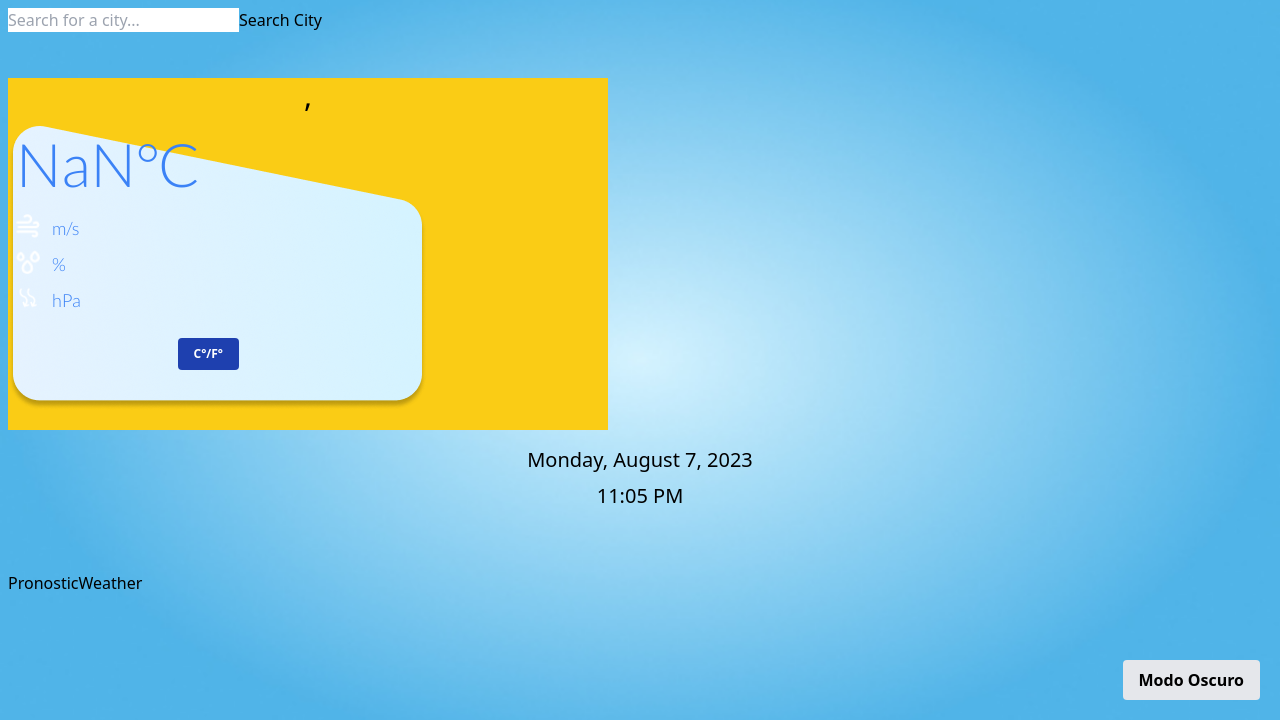
Repository: LukasMoyano/WeatherApp-_-LukasMoyano-_-V-_4.0_6.6.6
Page: /
These files come from the project's save history. The page is drawn as it stood at one moment and after the next save; the edit follows.
The browser window is 1280 px wide. The pictures show the whole page.
The page's requests for data from a server got no answer. The project was rebuilt for these pictures with package versions that can differ from the ones it lists, and the page was loaded fresh each time. No one was signed in, and anything a server would have sent is missing. Also part of the build but not shown: vite.config.js.

Above is the page before, as saved 2023-08-08 01:31:36.

### index.html
<!DOCTYPE html>
<html lang="en">
  <head>
    <meta charset="UTF-8" />
    <link rel="icon" type="image/png" href="thor-hammer.png">
    <meta name="viewport" content="width=device-width, initial-scale=1.0" />
    <title>WeatherApp - LukasMoyano-</title>
  </head>
  <body>
    <div id="root"></div>
    <script type="module" src="/src/main.jsx"></script>
  </body>
</html>

### src/main.jsx
import React from 'react'
import ReactDOM from 'react-dom/client'
import App from "/src/App.jsx";

ReactDOM.createRoot(document.getElementById('root')).render(
  <React.StrictMode>
    <App />
  </React.StrictMode>,
)

### src/App.jsx
import React, { useEffect, useState } from "react";
import axios from "axios";
import Weather from "./components/Weather";
import "./App.css";
import SearchBar from "./components/SearchBar";
import PronosticWeather from "./components/PronosticWeather";
import Date_Hour from "./components/Date_Hour";

function App() {
  const [weatherInfo, setWeatherInfo] = useState(null);
  const [isDarkMode, setIsDarkMode] = useState(false);

  const toggleDarkMode = () => {
    setIsDarkMode(!isDarkMode);
  };

  useEffect(() => {
    navigator.geolocation.getCurrentPosition(success);
  }, []);

  const success = (pos) => {
    const lat = pos.coords.latitude;
    const lon = pos.coords.longitude;
    const API_KEY = "f61630c5193995d939b6b8024057b009";
    const url = `https://api.openweathermap.org/data/2.5/weather?lat=${lat}&lon=${lon}&appid=${API_KEY}`;

    axios
      .get(url)
      .then(({ data }) => setWeatherInfo(data))
      .catch((err) => console.log(err));
  };

  const backgroundImage = isDarkMode
    ? "background/image002_DarkVersion.jpg"
    : "background/image001_LightVersion.jpg";

  return (
    <div className={`min-h-screen ${isDarkMode ? "dark" : ""}`}>
      <main
        className={`bg-cover bg-center min-h-screen font-lato p-2 grid grid-rows-[1fr_5fr_2fr_1fr_1fr] ${
          isDarkMode ? "bg-black bg-opacity-50 text-white" : "bg-white bg-opacity-70 text-black"
        }`}
        style={{
          backgroundImage: `url(${backgroundImage})`

        }}
      >
        <SearchBar setWeatherInfo={setWeatherInfo} />
        <Weather weatherInfo={weatherInfo} isDarkMode={isDarkMode} />

        <Date_Hour isDarkMode={isDarkMode}/>

        <PronosticWeather/>
        <button
          onClick={toggleDarkMode}
          className={`absolute bottom-5 right-5 px-4 py-2 font-bold rounded ${
            isDarkMode ? "bg-gray-800 text-white" : "bg-gray-200 text-black"
          }`}
        >
          {isDarkMode ? "Modo Claro" : "Modo Oscuro"}
        </button>
      </main>
    </div>
  );
}

export default App;

### src/components/Weather.jsx
import React, { useState } from "react";

const Weather = ({ weatherInfo, isDarkMode }) => {
  const [isCelsius, setIsCelsius] = useState(true);

  const toggleTemperatureUnit = () => {
    setIsCelsius(!isCelsius);
  };

  const convertTemperature = (temperature) => {
    if (isCelsius) {
      return Math.round(temperature - 273.15) + "°C";
    } else {
      return Math.round(((temperature - 273.15) * 9) / 5 + 32) + "°F";
    }
  };

  const iconspngweathers = {
    "01n": "public/iconsweatherstates_day/01n.png",
    "02n": "public/iconsweatherstates_day/02n.png",
    "03n": "public/iconsweatherstates_day/03n.png",
    "04n": "public/iconsweatherstates_day/04n.png",
    "09n": "public/iconsweatherstates_day/09n.png",
    "10n": "public/iconsweatherstates_day/10n.png",
    "11n": "public/iconsweatherstates_day/11n.png",
    "13n": "public/iconsweatherstates_day/13n.png",
    "50n": "public/iconsweatherstates_day/50n.png",
    "01d": "public/iconsweatherstates_day/01d.png",
    "02d": "public/iconsweatherstates_day/02d.png",
    "03d": "public/iconsweatherstates_day/03d.png",
    "04d": "public/iconsweatherstates_day/04d.png",
    "09d": "public/iconsweatherstates_day/09d.png",
    "10d": "public/iconsweatherstates_day/10d.png",
    "11d": "public/iconsweatherstates_day/11d.png",
    "13d": "public/iconsweatherstates_day/13d.png",
    "50d": "public/iconsweatherstates_day/50d.png",
  };

  return (
    <main className="max-w-[600px] w-full bg-yellow-400">
      <section
        className={`relative ${isDarkMode ? " text-white" : " text-black"}`}
      >
        {/* Nombre de la Ciudad */}
        {/* País */}
        <h1 className="text-center text-3xl pb-3">
          {weatherInfo?.name}, {weatherInfo?.sys?.country}
        </h1>

        <section className="absolute">
          {isDarkMode ? (
            <div>
              <img
                className=""
                src="public/background_info_cads/card_image002_Dark version.png"
              />
            </div>
          ) : (
            <div>
              <img
                className=""
                src="public/background_info_cads/card_image001_LightVersion.png"
              />
            </div>
          )}
        </section>

        <section className="absolute z-10 grid grid-cols-2 justify-center-items-center">
          {/* Columna Izquierda */}
          <div className="flex flex-col gap-5 p-2 text-center">
            {/* Temperatura Actual */}
            <div
              className={` font-lato font-Lato text-6xl font-light leading-23 tracking-normal text-center text-blue-500
           ${isDarkMode ? "text-white" : "text-black"}`}
            >
              {convertTemperature(weatherInfo?.main.temp)}
            </div>
            {/* Detalles del Clima */}
            <div className="font-Lato font-light text-center text-blue-500 grid grid-raws-3 gap-2">
              <div className="flex gap-3 text-lg ">
                <img
                  src="./images/wind.png"
                  alt="Wind Icon"
                  className="w-6 h-6"
                />
                {weatherInfo?.wind.speed} m/s
              </div>
              <div className="flex gap-3 text-lg">
                <img
                  src="./images/humidity.png"
                  alt="Humidity Icon"
                  className="w-6 h-6"
                />
                {weatherInfo?.main.humidity}%
              </div>
              <div className="flex gap-3 text-lg">
                <img
                  src="./images/pressure.png"
                  alt="Pressure Icon"
                  className="w-6 h-6"
                />
                {weatherInfo?.main.pressure} hPa
              </div>
            </div>
          </div>

          {/* Columna Derecha */}
          <div className="grid grid-rows-[repeat(2,auto)]  items-center w-full  text-center">
            {/* Icono del Clima */}
            {weatherInfo?.weather[0].icon && (
              <img
                className="w-full"
                src={`${iconspngweathers[weatherInfo?.weather[0].icon]}`}
                alt="Weather Icon"
              />
            )}
            <h3 className="">{weatherInfo?.weather[0].description}</h3>
          </div>
          {/* Botón para Alternar entre Celsius y Fahrenheit */}
          <section className="items-center mt-4 col-span-2">
            <button
              onClick={toggleTemperatureUnit}
              className={`bg-blue-800 hover:bg-blue-700 text-white font-bold py-2 px-4 rounded mx-auto block text-xs ${
                isDarkMode ? "bg-opacity-70" : "bg-opacity-100"
              }`}
            >
              C°/F°
            </button>
          </section>
        </section>
      </section>
    </main>
  );
};

export default Weather;

### src/App.css
@import url(https://fonts.googleapis.com/css?family=Lato:100,100italic,300,300italic,regular,italic,700,700italic,900,900italic);

@import url('https://fonts.googleapis.com/css2?family=Lato:wght@300;400;700&display=swap');


@import 'tailwindcss/base';
@import 'tailwindcss/components';
@import 'tailwindcss/utilities';

### src/components/SearchBar.jsx
import React, { useState, useEffect } from "react";
import axios from "axios";

const SearchBar = ({ setWeatherInfo }) => {
  const [city, setCity] = useState("");
  const [suggestedCities, setSuggestedCities] = useState([]);
  const [isFetching, setIsFetching] = useState(false);

  const API_KEY = "f61630c5193995d939b6b8024057b009";

  const handleCityChange = (event) => {
    const value = event.target.value;
    setCity(value);
    if (value) {
      fetchSuggestedCities(value);
    } else {
      setSuggestedCities([]);
    }
  };

  const fetchSuggestedCities = async (query) => {
    setIsFetching(true);
    try {
      const response = await fetch(
        `https://api.openweathermap.org/data/2.5/find?q=${query}&type=like&cnt=5&appid=${API_KEY}`
      );
      const data = await response.json();
      setSuggestedCities(data.list);
    } catch (error) {
      console.error("Error fetching suggested cities:", error);
    } finally {
      setIsFetching(false);
    }
  };

  const handleSuggestionClick = (suggestion) => {
    setCity(suggestion.name);
    setSuggestedCities([]);
  };

  const handleSearch = () => {
    if (city.trim() !== "") {
      fetchWeatherData(city);
    }
  };

  const fetchWeatherData = (city) => {
    const url = `https://api.openweathermap.org/data/2.5/weather?q=${city}&appid=${API_KEY}`;

    axios
      .get(url)
      .then(({ data }) => setWeatherInfo(data))
      .catch((err) => console.log(err));
  };

  useEffect(() => {
    const handleKeyPress = (event) => {
      if (event.key === "Enter") {
        handleSearch();
      }
    };
    window.addEventListener("keydown", handleKeyPress);
    return () => {
      window.removeEventListener("keydown", handleKeyPress);
    };
  }, [city]);

  return (
    <main>
      <label>
        <input
          type="text"
          value={city}
          placeholder="Search for a city..."
          onChange={handleCityChange}
        />
        {suggestedCities.length > 0 && (
          <ul className="suggestions">
            {suggestedCities.map((suggestion) => (
              <li
                key={suggestion.id}
                onClick={() => handleSuggestionClick(suggestion)}
              >
                {suggestion.name}, {suggestion.sys.country}
              </li>
            ))}
          </ul>
        )}
        <button onClick={handleSearch} disabled={isFetching}>
          Search City
        </button>
      </label>
    </main>
  );
};

export default SearchBar;

### src/components/PronosticWeather.jsx
import React from 'react'

const PronosticWeather = () => {
  return (
    <div>PronosticWeather</div>
  )
}

export default PronosticWeather

### src/components/Date_Hour.jsx
import React from "react";

export const Date_Hour = ({isDarkMode}) => {

  const getCurrentDateTime = () => {
    const currentDate = new Date();
    const options = {
      weekday: "long",
      day: "numeric",
      month: "long",
      year: "numeric",
    };
    const date = currentDate.toLocaleDateString(undefined, options);
    const time = currentDate.toLocaleTimeString(undefined, {
      hour: "numeric",
      minute: "numeric",
    });
    return { date, time };
  };

  const { date, time } = getCurrentDateTime();

  return (
    <div>
      {/* Mostrar la Fecha y Hora */}
      <section className="text-center mt-4">
        <p
          className={`text-xl mb-2 ${isDarkMode ? "text-white" : "text-black"}`}
        >
          {date}
        </p>
        <p className={`text-xl ${isDarkMode ? "text-white" : "text-black"}`}>
          {time}
        </p>
      </section>
    </div>
  );
};

export default Date_Hour;

### tailwind.config.js
/** @type {import('tailwindcss').Config} */
export default {
  content: [
    "./index.html",
    "./src/**/*.{js,ts,jsx,tsx}",
  ],
  theme: {
    extend: {},
    fontFamily: {
      Lato: ["Lato", "Sans-Serif"]
    }
  },
  plugins: [],

}

After the next save:
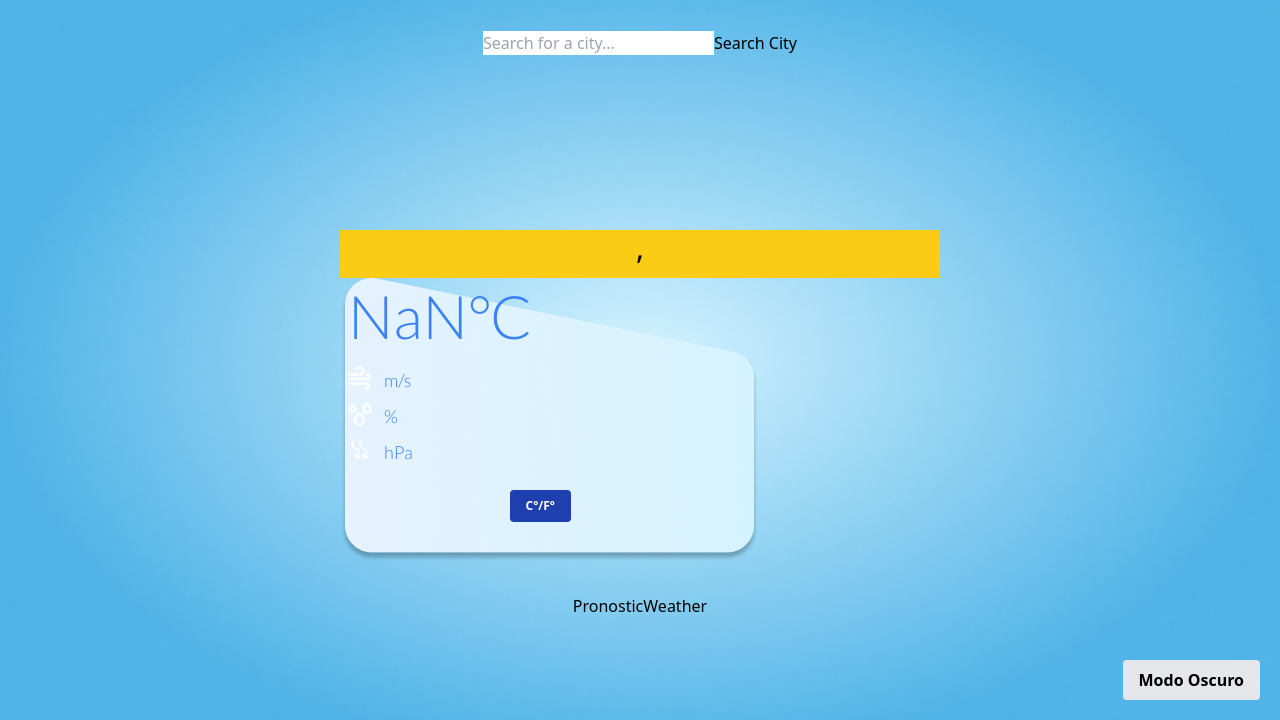
Saved 58 s later.
--- a/src/App.jsx
+++ b/src/App.jsx
@@ -37,7 +37,7 @@ function App() {
   return (
     <div className={`min-h-screen ${isDarkMode ? "dark" : ""}`}>
       <main
-        className={`bg-cover bg-center min-h-screen font-lato p-2 grid grid-rows-[1fr_5fr_2fr_1fr_1fr] ${
+        className={`bg-cover bg-center min-h-screen font-lato p-2 grid grid-rows-[1fr_5fr_2fr_1fr_1fr] place-items-center ${
           isDarkMode ? "bg-black bg-opacity-50 text-white" : "bg-white bg-opacity-70 text-black"
         }`}
         style={{
